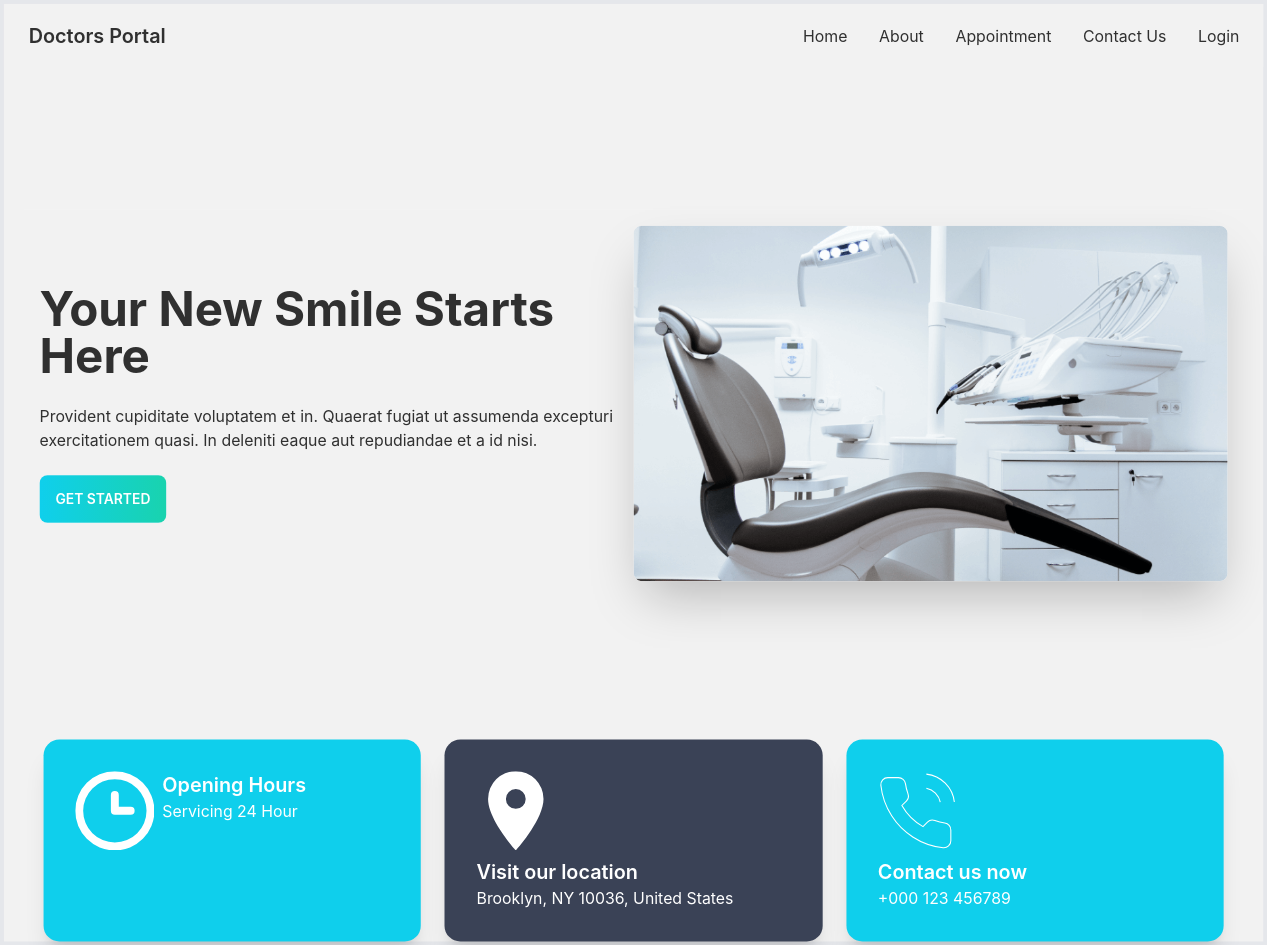
Repository: Samad77/Doctorportal-Client
Page: /
These files come from the project's save history. The page is drawn as it stood at one moment and after the next save; the edit follows.
The browser window is 1280 px wide. The pictures show the whole page, at 99% of full size.
The project was rebuilt for these pictures with package versions that can differ from the ones it lists, and the page was loaded fresh each time. Also part of the build but not shown: src/Pages/Login/Login.js.

Above is the page before, as saved 2022-11-12 11:23:56.

After the next save:
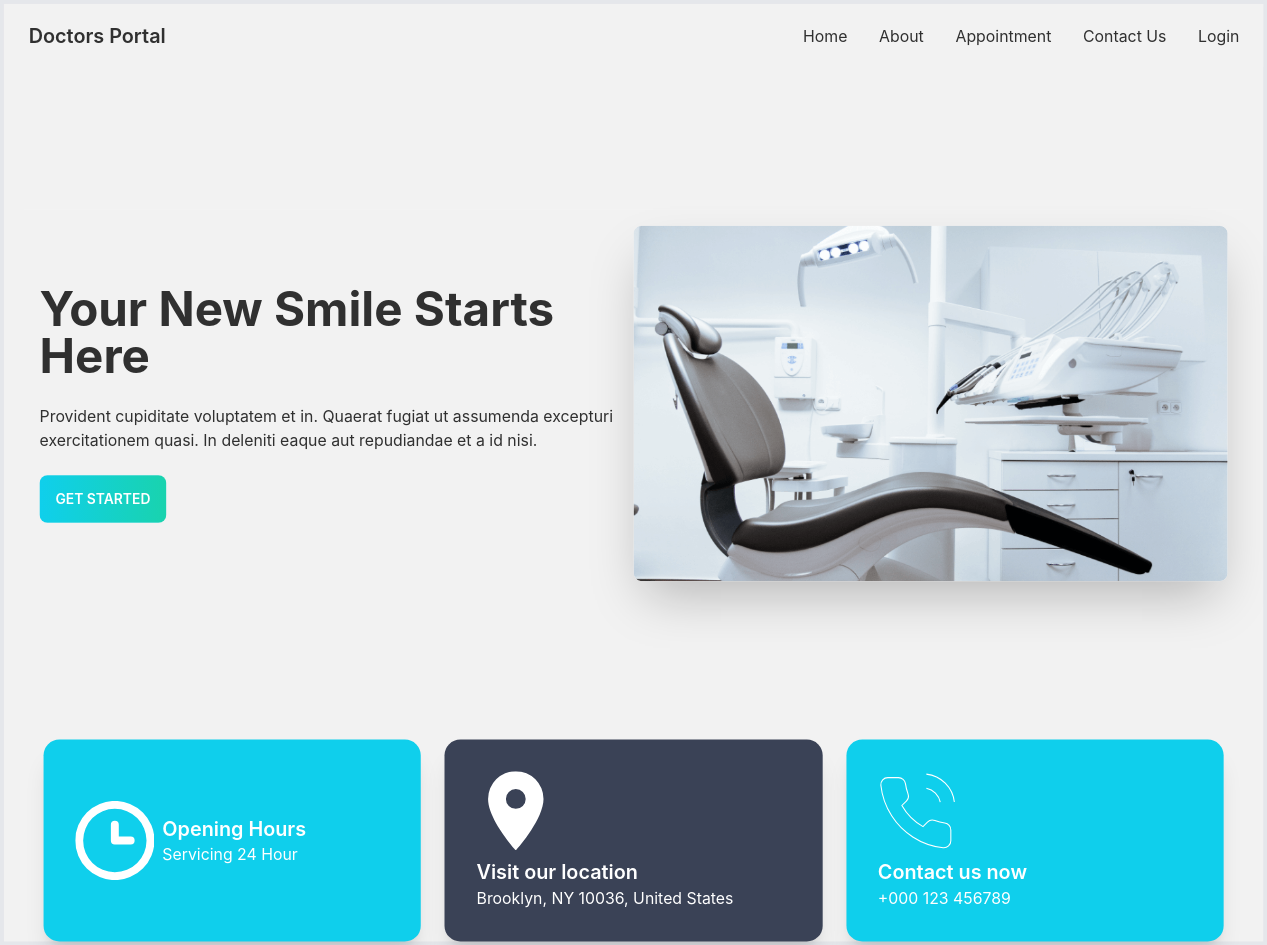
Saved 8 s later.
--- a/src/Pages/Home/Cards/Cards.js
+++ b/src/Pages/Home/Cards/Cards.js
@@ -8,7 +8,7 @@ const Cards = () => {
     return (
         <section className='grid grid-cols-3 px-5 gap-6'>
             <div className="card  bg-primary text-white shadow-xl">
-                <div className="card-body lg :flex flex-row align-middle">
+                <div className="card-body lg :flex flex-row items-center">
                     <div className=''>
                         <img src={img1} alt="" className='w-20 h-20'/>
                     </div>
